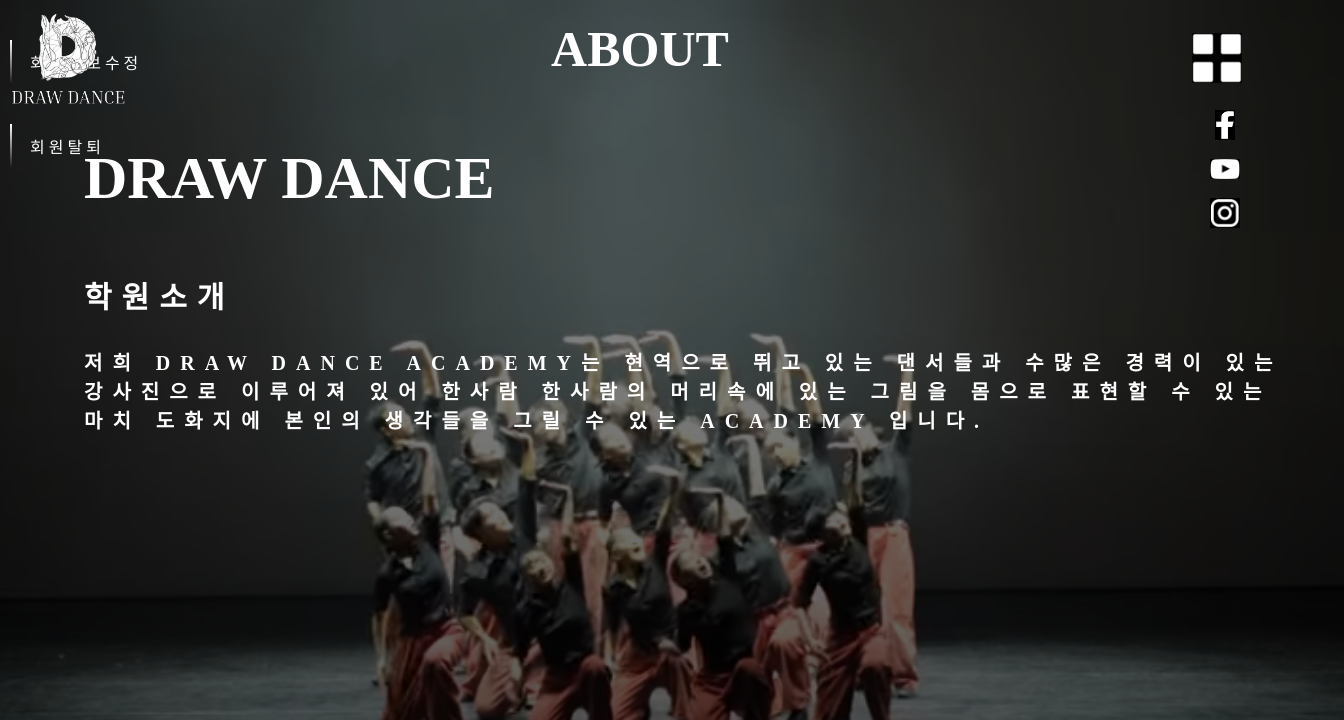
Repository: seonghun9906/semiProject
Page: http://localhost/drawAcademy/WEB-INF/views/headerMenu/about.jsp
These files come from the project's save history. The page is drawn as it stood at one moment and after the next save; the edit follows.
The browser window is 1280 px wide. The page is 1344 px wide, so the pictures cover 1344 px, including what lies to the right of the window. The pictures show the whole page.
The page is served by Tomcat 9. Nobody is signed in. The template is opened directly, without the code that normally fills it, so the values that code supplies are empty.

Above is the page before, as saved 2024-02-28 06:06:05.

After the next save:
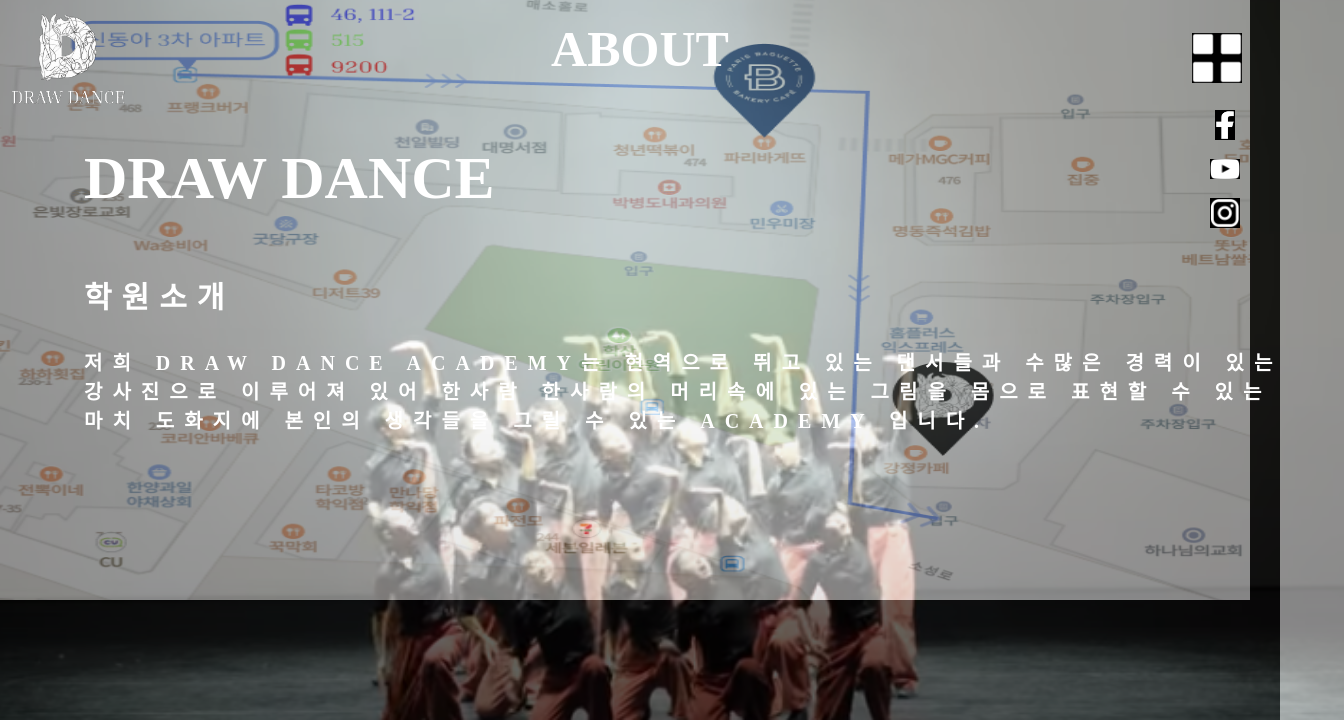
Saved 4 min 2 s later.
--- a/drawAcademy/src/main/webapp/WEB-INF/views/headerMenu/about.jsp
+++ b/drawAcademy/src/main/webapp/WEB-INF/views/headerMenu/about.jsp
@@ -30,7 +30,7 @@
          	ACADEMY 입니다.</p>
          </div>
       </div>
-      <jsp:include page="../test.jsp" />
+      <img src="resources/images/Map.png" class="map">
       </div>
 
       <div class="headerMenu">
